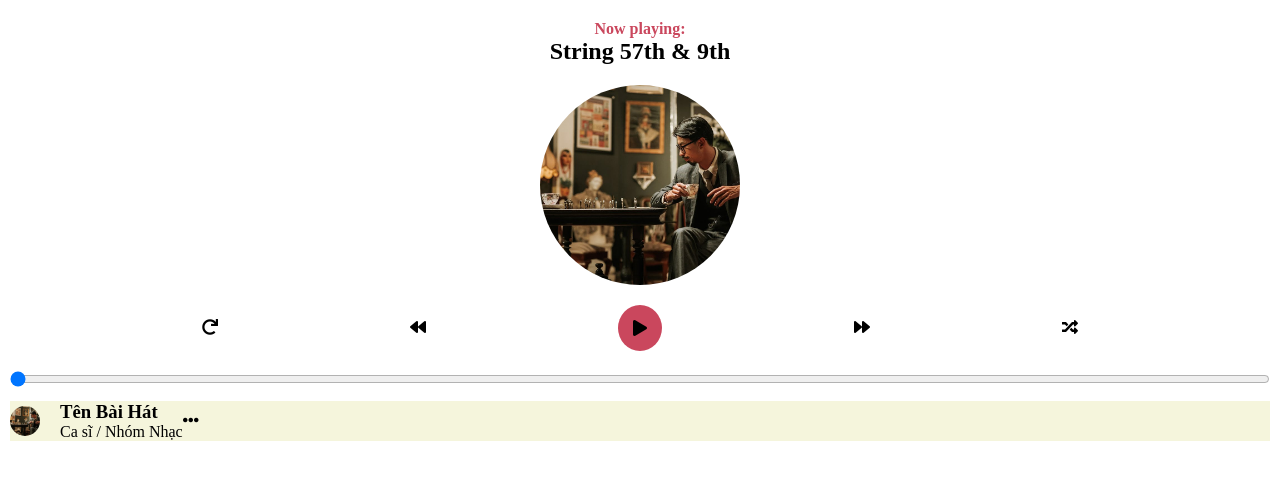
Repository: dovanthao2404/AppMusicPlayer
Page: index.html
The author's editor kept a copy of each file at every save. The page is drawn from the files as they stood at one save, then again after the next save.
The browser window is 1280 px wide. The pictures show the whole page.

Above is the page before, as saved 2021-06-28 02:30:48.

After the next save:
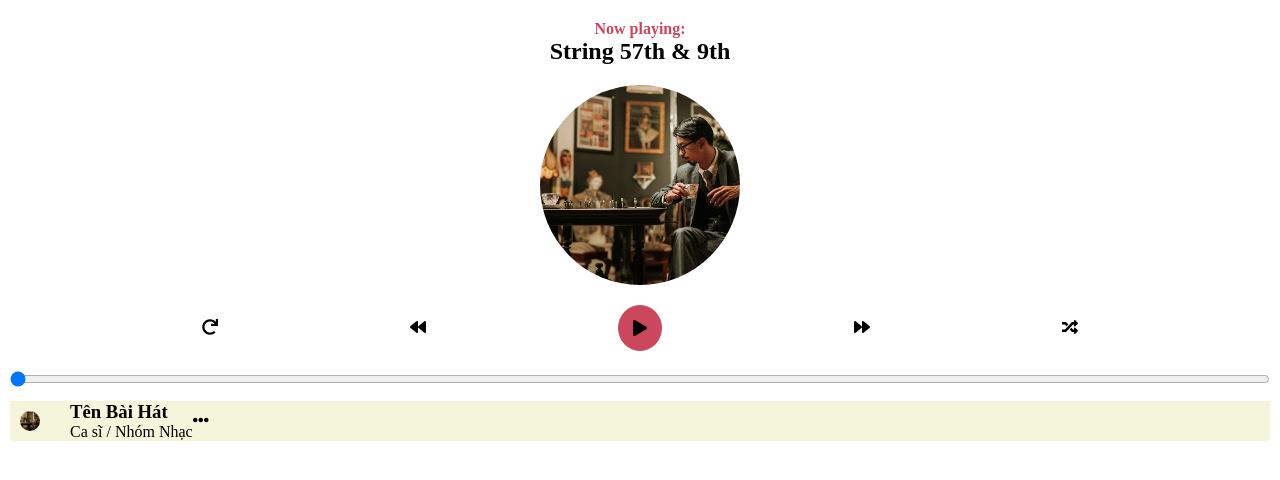
Saved 19 s later.
--- a/css/app.css
+++ b/css/app.css
@@ -57,8 +57,9 @@ header h4 {
   align-items: center;
 }
 .song .thumb {
-  width: 30px;
-  height: 30px;
+  padding: 10px;
+  width: 40px;
+  height: 40px;
 }
 .song .thumb img {
   width: 100%;
